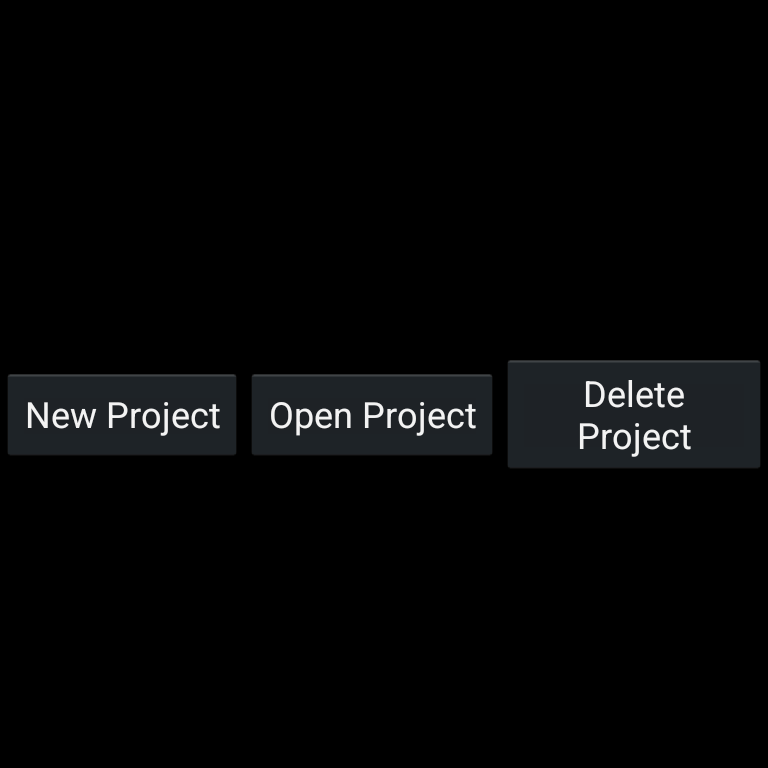
Repository: matthew-robertson/PhysLab
Layout: Phys Lab/Phys Lab/res/layout/activity_title.xml
The author's editor kept a copy of each file at every save. The layout is drawn from the files as they stood at one save, then again after the next save.
The pictures show rows 512 to 1280 of an output 1280 px tall.
It is drawn on a 768 x 1280 px phone screen (xhdpi) without system bars, with theme android:Theme.Holo; the app's code is not run.

Above is the layout before, as saved 2013-01-17 00:23:45.

After the next save:
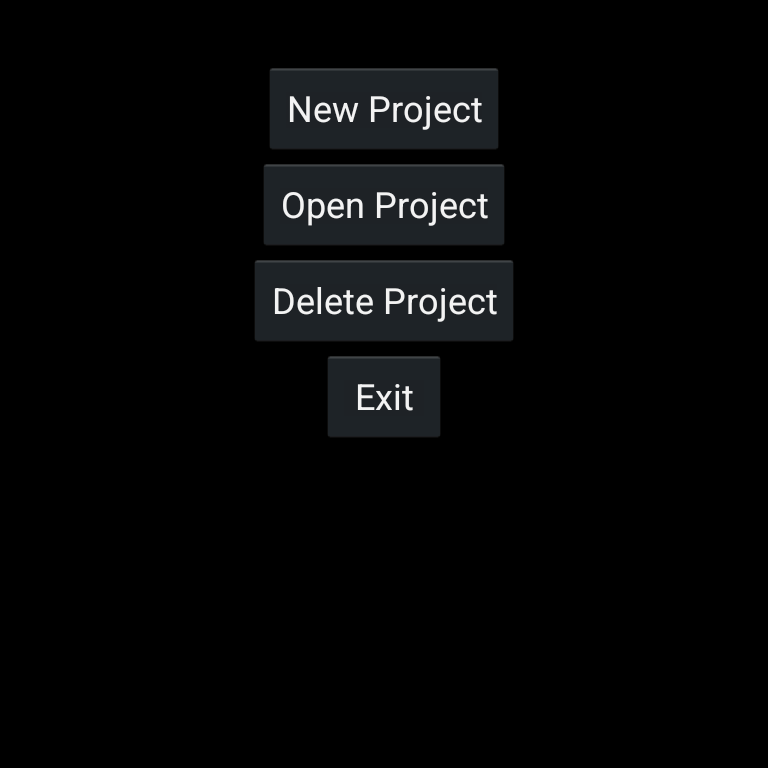
Saved 73 s later.
--- a/Phys Lab/Phys Lab/res/layout/activity_title.xml
+++ b/Phys Lab/Phys Lab/res/layout/activity_title.xml
@@ -23,8 +23,8 @@
         android:layout_height="0dp"
         android:layout_weight="0.6"
         android:baselineAligned="false"
-        android:gravity="center"
-        android:orientation="center_horizontal"
+        android:gravity="center_horizontal"
+        android:orientation="vertical"
         android:paddingTop="30dp"
         android:weightSum="1.0" >
 
